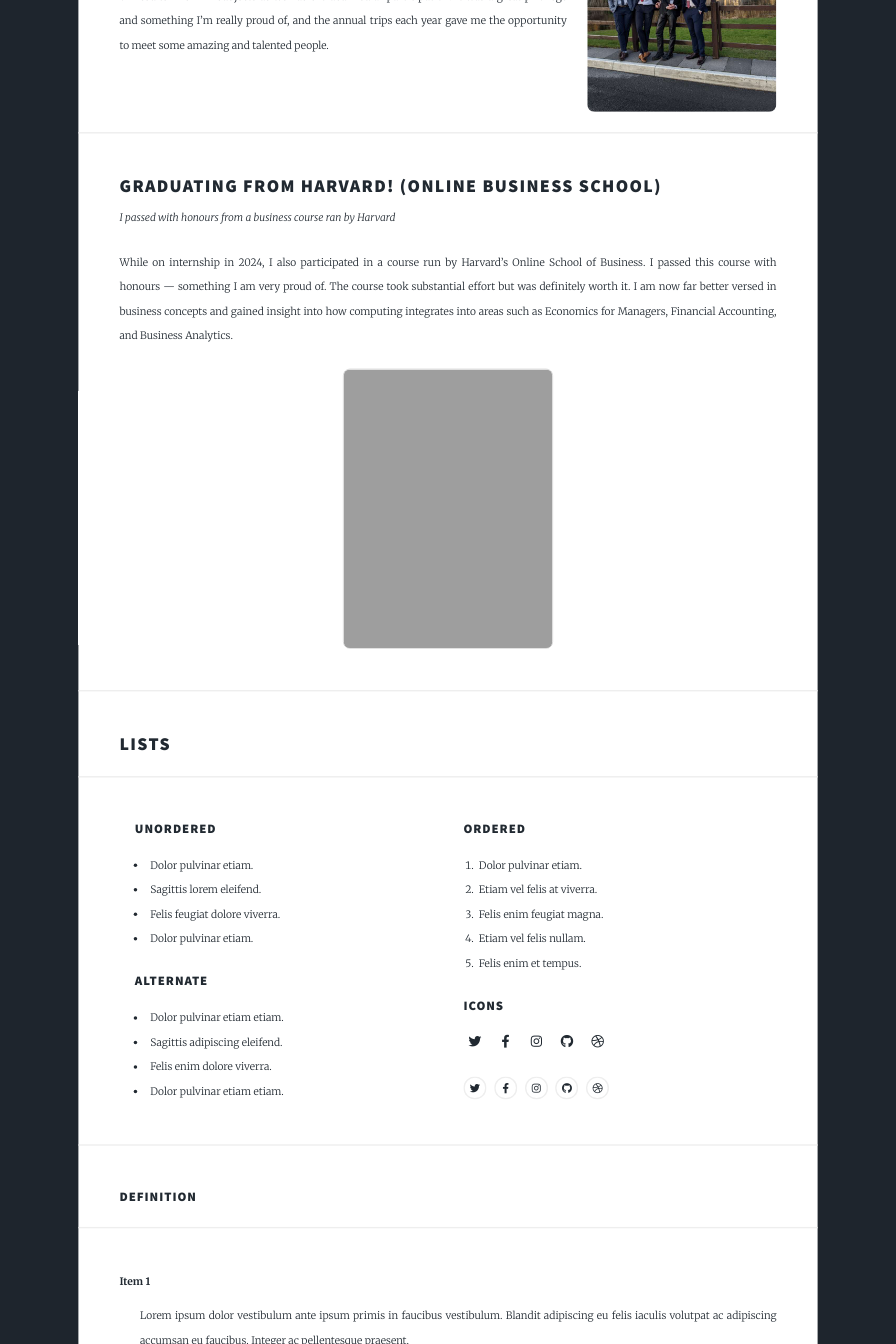
Repository: ciaranscan6/PersonalWebsite
Page: hobbies-and-ach.html
These files come from the project's save history. The page is drawn as it stood at one moment and after the next save; the edit follows.
The browser window is 1280 px wide. The pictures show the part of the page from y = 824 to 2744 px (the page is 12055 px tall before and 11628 px after), at 70% of full size.
Pictures or frames that could not be fetched are drawn as grey boxes.

Above is the page before, as saved 2025-11-22 04:53:53.

### hobbies-and-ach.html
<!DOCTYPE HTML>
<!--
	Massively by HTML5 UP
	html5up.net | @ajlkn
	Free for personal and commercial use under the CCA 3.0 license (html5up.net/license)
-->
<html>
	<head>
		<title>Elements Reference - Massively by HTML5 UP</title>
		<meta charset="utf-8" />
		<meta name="viewport" content="width=device-width, initial-scale=1, user-scalable=no" />
		<link rel="stylesheet" href="assets/css/main.css" />
		<noscript><link rel="stylesheet" href="assets/css/noscript.css" /></noscript>
	</head>
	<body class="is-preload">

		<!-- Wrapper -->
			<div id="wrapper">

				<!-- Header -->
					<header id="header">
						<a href="index.html" class="logo">Massively</a>
					</header>

				<!-- Nav -->
					<nav id="nav">
						<ul class="links">
							<li><a href="index.html">Projects</a></li>
							<li><a href="about-me.html">About Me</a></li>
							<li class="active"><a href="hobbies-and-ach.html">Hobbies and Achievements</a></li>
						</ul>
						<ul class="icons">
							<li><a href="#" class="icon brands fa-linkedin"><span class="label">LinkedIn</span></a></li>
							<li><a href="#" class="icon brands fa-instagram"><span class="label">Instagram</span></a></li>
							<li><a href="#" class="icon brands fa-github"><span class="label">GitHub</span></a></li>
						</ul>
					</nav>

				<!-- Main -->
					<div id="main">

						<!-- Post -->
							<section class="post featured">
								<header class="major">
									<h1>Random Achievements</h1>
								</header>
							</section>

								<div class="split-section">
									<div class="text">
										<header>
											<h2>Naughton Scholarship</h2>
											<p>I received an academic scholarship worth €22,000</p>
										</header>
										<p>
											I was one of 34 students in the country to receive the scholarship based on academic
											and extracurricular achievements upon entering university. The scholarship is chosen
											primarily on results in STEM subjects as well as extracurricular participation. It was
											a great privilege and something I’m really proud of, and the annual trips each year
											gave me the opportunity to meet some amazing and talented people.
										</p>
									</div>

									<img src="images/Naughton.jpg" alt="Naughton Scholarship Photo">
								</div>

								<div>
									<div class="text">
										<header>
											<h2>Graduating from Harvard! (Online Business School)</h2>
											<p>I passed with honours from a business course ran by Harvard</p>
										</header>
										<p>
											While on internship in 2024, I also participated in a course run by Harvard’s Online
											School of Business. I passed this course with honours — something I am very proud of.
											The course took substantial effort but was definitely worth it. I am now far better
											versed in business concepts and gained insight into how computing integrates into areas
											such as Economics for Managers, Financial Accounting, and Business Analytics.
										</p>
									</div>

									<div class="pdf-preview">
										<iframe src="files/Harvard_Certificate.pdf#toolbar=0&navpanes=0&scrollbar=0"></iframe>
									</div>
								</div>



								<!-- Lists -->
									<h2>Lists</h2>
									<div class="row">
										<div class="col-6 col-12-small">

											<h3>Unordered</h3>
											<ul>
												<li>Dolor pulvinar etiam.</li>
												<li>Sagittis lorem eleifend.</li>
												<li>Felis feugiat dolore viverra.</li>
												<li>Dolor pulvinar etiam.</li>
											</ul>

											<h3>Alternate</h3>
											<ul class="alt">
												<li>Dolor pulvinar etiam etiam.</li>
												<li>Sagittis adipiscing eleifend.</li>
												<li>Felis enim dolore viverra.</li>
												<li>Dolor pulvinar etiam etiam.</li>
											</ul>

										</div>
										<div class="col-6 col-12-small">

											<h3>Ordered</h3>
											<ol>
												<li>Dolor pulvinar etiam.</li>
												<li>Etiam vel felis at viverra.</li>
												<li>Felis enim feugiat magna.</li>
												<li>Etiam vel felis nullam.</li>
												<li>Felis enim et tempus.</li>
											</ol>

											<h3>Icons</h3>
											<ul class="icons">
												<li><a href="#" class="icon brands fa-twitter"><span class="label">Twitter</span></a></li>
												<li><a href="#" class="icon brands fa-facebook-f"><span class="label">Facebook</span></a></li>
												<li><a href="#" class="icon brands fa-instagram"><span class="label">Instagram</span></a></li>
												<li><a href="#" class="icon brands fa-github"><span class="label">Github</span></a></li>
												<li><a href="#" class="icon brands fa-dribbble"><span class="label">Dribbble</span></a></li>
											</ul>
											<ul class="icons alt">
												<li><a href="#" class="icon brands alt fa-twitter"><span class="label">Twitter</span></a></li>
												<li><a href="#" class="icon brands alt fa-facebook-f"><span class="label">Facebook</span></a></li>
												<li><a href="#" class="icon brands alt fa-instagram"><span class="label">Instagram</span></a></li>
												<li><a href="#" class="icon brands alt fa-github"><span class="label">Github</span></a></li>
												<li><a href="#" class="icon brands alt fa-dribbble"><span class="label">Dribbble</span></a></li>
											</ul>

										</div>
									</div>
									<h3>Definition</h3>
									<dl>
										<dt>Item 1</dt>
										<dd>
											<p>Lorem ipsum dolor vestibulum ante ipsum primis in faucibus vestibulum. Blandit adipiscing eu felis iaculis volutpat ac adipiscing accumsan eu faucibus. Integer ac pellentesque praesent.</p>
										</dd>
										<dt>Item 2</dt>
										<dd>
											<p>Lorem ipsum dolor vestibulum ante ipsum primis in faucibus vestibulum. Blandit adipiscing eu felis iaculis volutpat ac adipiscing accumsan eu faucibus. Integer ac pellentesque praesent.</p>
										</dd>
										<dt>Item 3</dt>
										<dd>
											<p>Lorem ipsum dolor vestibulum ante ipsum primis in faucibus vestibulum. Blandit adipiscing eu felis iaculis volutpat ac adipiscing accumsan eu faucibus. Integer ac pellentesque praesent.</p>
										</dd>
									</dl>

									<h3>Actions</h3>
									<ul class="actions">
										<li><a href="#" class="button primary">Primary</a></li>
										<li><a href="#" class="button">Default</a></li>
									</ul>
									<ul class="actions small">
										<li><a href="#" class="button primary small">Small</a></li>
										<li><a href="#" class="button small">Small</a></li>
									</ul>
									<div class="row">
										<div class="col-6 col-12-small">
											<ul class="actions stacked">
												<li><a href="#" class="button primary">Default</a></li>
												<li><a href="#" class="button">Default</a></li>
											</ul>
										</div>
										<div class="col-6 col-12-small">
											<ul class="actions stacked">
												<li><a href="#" class="button primary small">Small</a></li>
												<li><a href="#" class="button small">Small</a></li>
											</ul>
										</div>
									</div>
									<div class="row">
										<div class="col-6 col-12-small">
											<ul class="actions stacked">
												<li><a href="#" class="button primary fit">Default</a></li>
												<li><a href="#" class="button fit">Default</a></li>
											</ul>
										</div>
										<div class="col-6 col-12-small">
											<ul class="actions stacked">
												<li><a href="#" class="button primary small fit">Small</a></li>
												<li><a href="#" class="button small fit">Small</a></li>
											</ul>
										</div>
									</div>

									<hr />

								<!-- Blockquote -->
									<h2>Blockquote</h2>
									<blockquote>Fringilla nisl. Donec accumsan interdum nisi, quis tincidunt felis sagittis eget tempus euismod. Vestibulum ante ipsum primis in faucibus vestibulum. Blandit adipiscing eu felis iaculis volutpat ac adipiscing accumsan faucibus. Vestibulum ante ipsum primis in faucibus vestibulum. Blandit adipiscing eu felis.</blockquote>

									<hr />

								<!-- Table -->
									<h2>Table</h2>

									<h3>Default</h3>
									<div class="table-wrapper">
										<table>
											<thead>
												<tr>
													<th>Name</th>
													<th>Description</th>
													<th>Price</th>
												</tr>
											</thead>
											<tbody>
												<tr>
													<td>Item 1</td>
													<td>Ante turpis integer aliquet porttitor.</td>
													<td>29.99</td>
												</tr>
												<tr>
													<td>Item 2</td>
													<td>Vis ac commodo adipiscing arcu aliquet.</td>
													<td>19.99</td>
												</tr>
												<tr>
													<td>Item 3</td>
													<td> Morbi faucibus arcu accumsan lorem.</td>
													<td>29.99</td>
												</tr>
												<tr>
													<td>Item 4</td>
													<td>Vitae integer tempus condimentum.</td>
													<td>19.99</td>
												</tr>
												<tr>
													<td>Item 5</td>
													<td>Ante turpis integer aliquet porttitor.</td>
													<td>29.99</td>
												</tr>
											</tbody>
											<tfoot>
												<tr>
													<td colspan="2"></td>
													<td>100.00</td>
												</tr>
											</tfoot>
										</table>
									</div>

									<h3>Alternate</h3>
									<div class="table-wrapper">
										<table class="alt">
											<thead>
												<tr>
													<th>Name</th>
													<th>Description</th>
													<th>Price</th>
												</tr>
											</thead>
											<tbody>
												<tr>
													<td>Item 1</td>
													<td>Ante turpis integer aliquet porttitor.</td>
													<td>29.99</td>
												</tr>
												<tr>
													<td>Item 2</td>
													<td>Vis ac commodo adipiscing arcu aliquet.</td>
													<td>19.99</td>
												</tr>
												<tr>
													<td>Item 3</td>
													<td> Morbi faucibus arcu accumsan lorem.</td>
													<td>29.99</td>
												</tr>
												<tr>
													<td>Item 4</td>
													<td>Vitae integer tempus condimentum.</td>
													<td>19.99</td>
												</tr>
												<tr>
													<td>Item 5</td>
													<td>Ante turpis integer aliquet porttitor.</td>
													<td>29.99</td>
												</tr>
											</tbody>
											<tfoot>
												<tr>
													<td colspan="2"></td>
													<td>100.00</td>
												</tr>
											</tfoot>
										</table>
									</div>

									<hr />

								<!-- Buttons -->
									<h2>Buttons</h2>
									<ul class="actions">
										<li><a href="#" class="button primary">Primary</a></li>
										<li><a href="#" class="button">Default</a></li>
									</ul>
									<ul class="actions">
										<li><a href="#" class="button primary large">Large</a></li>
										<li><a href="#" class="button">Default</a></li>
										<li><a href="#" class="button small">Small</a></li>
									</ul>
									<ul class="actions fit">
										<li><a href="#" class="button primary fit">Fit</a></li>
										<li><a href="#" class="button fit">Fit</a></li>
									</ul>
									<ul class="actions fit small">
										<li><a href="#" class="button primary fit small">Fit + Small</a></li>
										<li><a href="#" class="button fit small">Fit + Small</a></li>
									</ul>
									<ul class="actions">
										<li><a href="#" class="button primary icon solid fa-search">Icon</a></li>
										<li><a href="#" class="button icon solid fa-download">Icon</a></li>
									</ul>
									<ul class="actions">
										<li><span class="button primary disabled">Primary</span></li>
										<li><span class="button disabled">Default</span></li>
									</ul>

									<hr />

								<!-- Form -->
									<h2>Form</h2>

									<form method="post" action="#">
										<div class="row gtr-uniform">
											<div class="col-6 col-12-xsmall">
												<input type="text" name="demo-name" id="demo-name" value="" placeholder="Name" />
											</div>
											<div class="col-6 col-12-xsmall">
												<input type="email" name="demo-email" id="demo-email" value="" placeholder="Email" />
											</div>
											<!-- Break -->
											<div class="col-12">
												<select name="demo-category" id="demo-category">
													<option value="">- Category -</option>
													<option value="1">Manufacturing</option>
													<option value="1">Shipping</option>
													<option value="1">Administration</option>
													<option value="1">Human Resources</option>
												</select>
											</div>
											<!-- Break -->
											<div class="col-4 col-12-small">
												<input type="radio" id="demo-priority-low" name="demo-priority" checked>
												<label for="demo-priority-low">Low</label>
											</div>
											<div class="col-4 col-12-small">
												<input type="radio" id="demo-priority-normal" name="demo-priority">
												<label for="demo-priority-normal">Normal</label>
											</div>
											<div class="col-4 col-12-small">
												<input type="radio" id="demo-priority-high" name="demo-priority">
												<label for="demo-priority-high">High</label>
											</div>
											<!-- Break -->
											<div class="col-6 col-12-small">
												<input type="checkbox" id="demo-copy" name="demo-copy">
												<label for="demo-copy">Email me a copy</label>
											</div>
											<div class="col-6 col-12-small">
												<input type="checkbox" id="demo-human" name="demo-human" checked>
												<label for="demo-human">I am a human</label>
											</div>
											<!-- Break -->
											<div class="col-12">
												<textarea name="demo-message" id="demo-message" placeholder="Enter your message" rows="6"></textarea>
											</div>
											<!-- Break -->
											<div class="col-12">
												<ul class="actions">
													<li><input type="submit" value="Send Message" class="primary" /></li>
													<li><input type="reset" value="Reset" /></li>
												</ul>
											</div>
										</div>
									</form>

									<hr />

								<!-- Image -->
									<h2>Image</h2>

									<h3>Fit</h3>
									<span class="image fit"><img src="images/pic01.jpg" alt="" /></span>
									<div class="box alt">
										<div class="row gtr-50 gtr-uniform">
											<div class="col-4"><span class="image fit"><img src="images/pic02.jpg" alt="" /></span></div>
											<div class="col-4"><span class="image fit"><img src="images/pic03.jpg" alt="" /></span></div>
											<div class="col-4"><span class="image fit"><img src="images/pic04.jpg" alt="" /></span></div>
											<!-- Break -->
											<div class="col-4"><span class="image fit"><img src="images/pic04.jpg" alt="" /></span></div>
											<div class="col-4"><span class="image fit"><img src="images/pic02.jpg" alt="" /></span></div>
											<div class="col-4"><span class="image fit"><img src="images/pic03.jpg" alt="" /></span></div>
											<!-- Break -->
											<div class="col-4"><span class="image fit"><img src="images/pic03.jpg" alt="" /></span></div>
											<div class="col-4"><span class="image fit"><img src="images/pic04.jpg" alt="" /></span></div>
											<div class="col-4"><span class="image fit"><img src="images/pic02.jpg" alt="" /></span></div>
										</div>
									</div>

									<h3>Left &amp; Right</h3>
									<p><span class="image left"><img src="images/pic08.jpg" alt="" /></span>Lorem ipsum dolor sit accumsan interdum nisi, quis tincidunt felis sagittis eget. tempus euismod. Vestibulum ante ipsum primis in faucibus vestibulum. Blandit adipiscing eu felis iaculis volutpat ac adipiscing accumsan eu faucibus. Integer ac pellentesque praesent tincidunt felis sagittis eget. tempus euismod. Vestibulum ante ipsum primis sagittis eget. tempus euismod. Vestibulum ante ipsum primis in faucibus vestibulum. Blandit adipiscing eu felis iaculis volutpat ac adipiscing accumsan eu faucibus. Integer ac pellentesque praesent tincidunt felis sagittis eget. tempus euismod. Vestibulum ante ipsum primis in faucibus vestibulum. Blandit adipiscing eu felis iaculis volutpat ac adipiscing accumsan eu faucibus. Integer ac pellentesque praesent. Vestibulum ante ipsum primis in faucibus magna blandit adipiscing eu felis iaculis.</p>
									<p><span class="image right"><img src="images/pic09.jpg" alt="" /></span>Lorem ipsum dolor sit accumsan interdum nisi, quis tincidunt felis sagittis eget. tempus euismod. Vestibulum ante ipsum primis in faucibus vestibulum. Blandit adipiscing eu felis iaculis volutpat ac adipiscing accumsan eu faucibus. Integer ac pellentesque praesent tincidunt felis sagittis eget. tempus euismod. Vestibulum ante ipsum primis sagittis eget. tempus euismod. Vestibulum ante ipsum primis in faucibus vestibulum. Blandit adipiscing eu felis iaculis volutpat ac adipiscing accumsan eu faucibus. Integer ac pellentesque praesent tincidunt felis sagittis eget. tempus euismod. Vestibulum ante ipsum primis in faucibus vestibulum. Blandit adipiscing eu felis iaculis volutpat ac adipiscing accumsan eu faucibus. Integer ac pellentesque praesent. Vestibulum ante ipsum primis in faucibus magna blandit adipiscing eu felis iaculis.</p>

									<hr />

								<!-- Box -->
									<h2>Box</h2>
									<div class="box">
										<p>Felis sagittis eget tempus primis in faucibus vestibulum. Blandit adipiscing eu felis iaculis volutpat ac adipiscing accumsan eu faucibus. Integer ac pellentesque praesent tincidunt felis sagittis eget. tempus euismod. Magna sed etiam ante ipsum primis in faucibus vestibulum. Blandit adipiscing eu ipsum primis in faucibus vestibulum. Blandit adipiscing eu felis iaculis volutpat ac adipiscing accumsan eu faucibus lorem ipsum dolor sit amet nullam. Integer ac pellentesque praesent tincidunt felis sagittis eget. tempus euismod. Vestibulum ante ipsum primis sagittis eget. tempus euismod. Vestibulum ante ipsum primis in faucibus vestibulum. Blandit adipiscing eu felis iaculis volutpat ac adipiscing accumsan eu faucibus. Integer ac pellentesque praesent tincidunt felis sagittis eget. tempus euismod. Vestibulum ante ipsum primis in faucibus vestibulum. Blandit adipiscing eu felis iaculis volutpat ac adipiscing accumsan eu faucibus. Integer ac pellentesque praesent. Vestibulum ante ipsum primis in faucibus magna blandit adipiscing eu felis iaculis volutpat lorem ipsum dolor.</p>
									</div>

									<hr />

								<!-- Preformatted Code -->
									<h2>Preformatted</h2>
									<pre><code>i = 0;

while (!deck.isInOrder()) {
    print 'Iteration ' + i;
    deck.shuffle();
    i++;
}

print 'It took ' + i + ' iterations to sort the deck.';
</code></pre>

							</section>

					</div>

				<!-- Footer -->
					<footer id="footer">
						<section>
							<form method="post" action="#">
								<div class="fields">
									<div class="field">
										<label for="name">Name</label>
										<input type="text" name="name" id="name" />
									</div>
									<div class="field">
										<label for="email">Email</label>
										<input type="text" name="email" id="email" />
									</div>
									<div class="field">
										<label for="message">Message</label>
										<textarea name="message" id="message" rows="3"></textarea>
									</div>
								</div>
								<ul class="actions">
									<li><input type="submit" value="Send Message" /></li>
								</ul>
							</form>
						</section>
						<section class="split contact">
							<section class="alt">
								<h3>Address</h3>
								<p>1234 Somewhere Road #87257<br />
								Nashville, TN 00000-0000</p>
							</section>
							<section>
								<h3>Phone</h3>
								<p><a href="#">(000) 000-0000</a></p>
							</section>
							<section>
								<h3>Email</h3>
								<p><a href="#">info@untitled.tld</a></p>
							</section>
							<section>
								<h3>Social</h3>
								<ul class="icons alt">
									<li><a href="#" class="icon brands alt fa-twitter"><span class="label">Twitter</span></a></li>
									<li><a href="#" class="icon brands alt fa-facebook-f"><span class="label">Facebook</span></a></li>
									<li><a href="#" class="icon brands alt fa-instagram"><span class="label">Instagram</span></a></li>
									<li><a href="#" class="icon brands alt fa-github"><span class="label">GitHub</span></a></li>
								</ul>
							</section>
						</section>
					</footer>

				<!-- Copyright -->
					<div id="copyright">
						<ul><li>&copy; Untitled</li><li>Design: <a href="https://html5up.net">HTML5 UP</a></li></ul>
					</div>

			</div>

		<!-- Scripts -->
			<script src="assets/js/jquery.min.js"></script>
			<script src="assets/js/jquery.scrollex.min.js"></script>
			<script src="assets/js/jquery.scrolly.min.js"></script>
			<script src="assets/js/browser.min.js"></script>
			<script src="assets/js/breakpoints.min.js"></script>
			<script src="assets/js/util.js"></script>
			<script src="assets/js/main.js"></script>

	</body>
</html>

Loaded but not shown: assets/js/jquery.min.js (library); assets/js/jquery.scrollex.min.js (common file); assets/js/jquery.scrolly.min.js (common file); assets/js/browser.min.js (common file); assets/js/breakpoints.min.js (common file); assets/css/fontawesome-all.min.css (library); assets/js/util.js (587 lines, source omitted); assets/js/main.js (258 lines, source omitted); assets/css/main.css (4759 lines, source omitted)

After the next save:
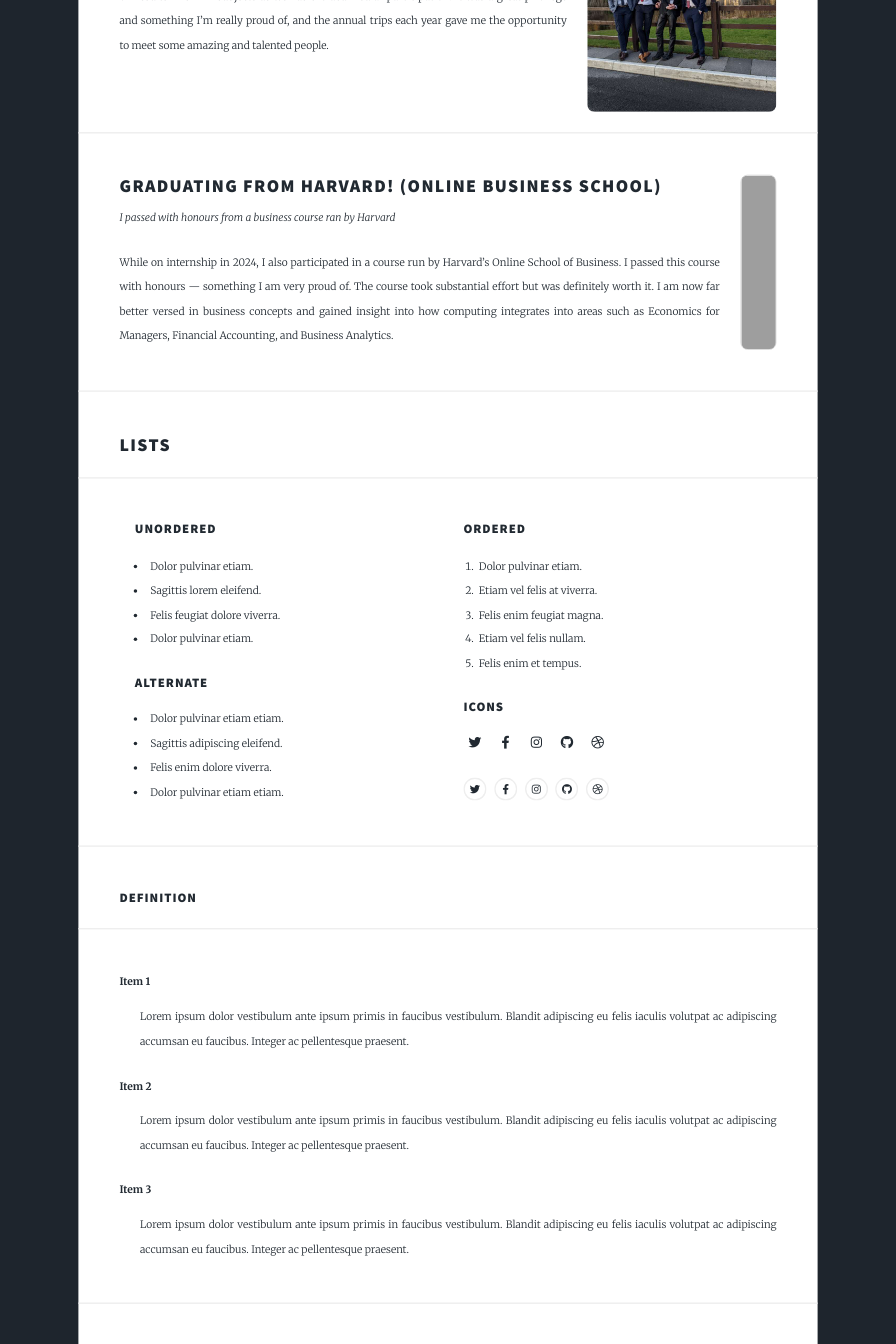
Saved 39 s later.
--- a/hobbies-and-ach.html
+++ b/hobbies-and-ach.html
@@ -64,7 +64,7 @@
 									<img src="images/Naughton.jpg" alt="Naughton Scholarship Photo">
 								</div>
 
-								<div>
+								<div class="split-section">
 									<div class="text">
 										<header>
 											<h2>Graduating from Harvard! (Online Business School)</h2>
